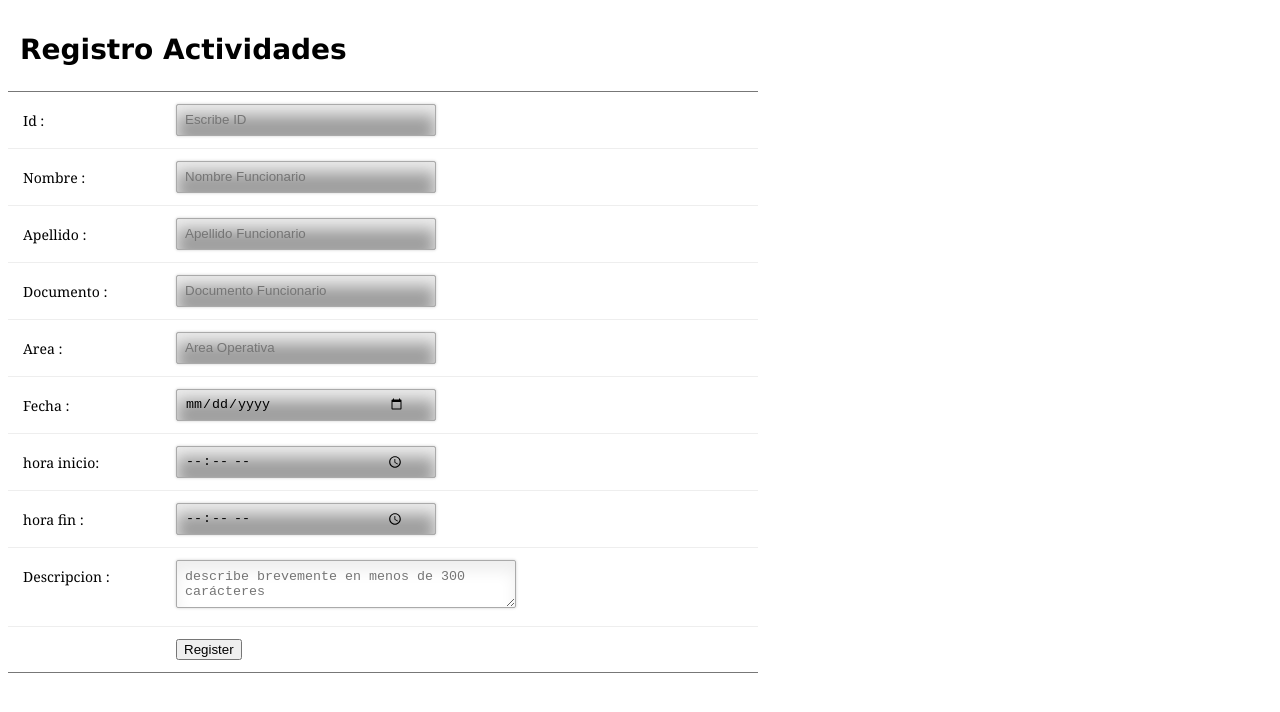
Repository: Yale2024/repo-registro-act
Page: templates/register.html
An editor plug-in stored every save of this project. The page is shown before and after the next save, followed by the edit.
The browser window is 1280 px wide. The pictures show the whole page.
Pictures or frames that could not be fetched are drawn as grey boxes.

Above is the page before, as saved 2024-09-15 07:56:35.

### templates/register.html
<!DOCTYPE html>
<html lang="en">

<head>
    <meta charset="UTF-8">
    <meta name="viewport" content="width=device-width, initial-scale=1.0">
    <link rel="stylesheet" href="static/css/styleRegister.css">
    <script src="static/js/appRegister.js"></script>
    <title>Web App</title>
</head>
<body></body>

    <form class="contact_form" action="/register_user" method="POST">
    <!-- <form method="POST"> -->
        <div>
            <ul>
                <li>
                    <h1>Registro Actividades</h1>
                </li>
                <li>
                    <label for="id">Id :</label>
                    <input type="number"  size="30" name="id" id="Id" placeholder="Escribe ID" required /> <br>
                </li>
                <li>
                    <label for="nombre">Nombre :</label>
                    <input type="text" size="30" name="nombre" id="nombre" placeholder="Nombre Funcionario" required /> <br>
                </li>
                <li>
                    <label for="apellido">Apellido :</label>
                    <input type="text" size="30" name="apellido" id="apellido" placeholder="Apellido Funcionario" required /> <br>
                </li>
                <li>
                    <label for="documento">Documento  :</label>
                    <input type="number" size="30" name="documento" id="documento" placeholder="Documento Funcionario" required /> <br>
                </li>
                <li>
                    <label for="are">Area      :</label>
                    <input type ="text" size="30" name="area" id="area" placeholder="Area Operativa" required /> <br>
                </li>
                <li>
                    <label for="fecha">Fecha     :</label>
                    <input type ="date" size="30" name="fecha" id="fecha" placeholder="AAAA-MM-DD" required /> <br>
                </li>
                <li>
                    <label for="horai">hora inicio:</label>
                    <input type ="time" size="30" name="horai" id="horai" placeholder="hh:mm" required /> <br>
                </li>
                <li>
                    <label for="horaf">hora fin  :</label>
                    <input type ="time" size="30" name="horaf" id="horaf" placeholder="hh:mm" required /> <br>
                </li>
                <li>
                    <label for="mensaje">Descripcion   :</label>
                    <textarea name="descripcion" size="300" for="descripcion" placeholder="describe brevemente en menos de 300 carácteres" maxlength="300"></textarea> <br>
                </li>
                <li>
                    <button>Register</button>
                </li>
            </ul>
        </div>
        <!-- <button onclick="register_user()">Register</button> -->
        <!-- <input type="submit" name="enviar" value="enviar datos"/> -->
    </form>
</body>

### static/css/styleRegister.css
/* form{
    text-align: center;
    font-size: 30px;
}

body{
    background-color: #f7bb6dea;
}

button{
    background-color: black;
    color: white;
    font-size:  20px;
} */
 /* === Remove input autofocus webkit === */
*:focus {
    outline: none;
}

/* === Form Typography === */
body {
    font: 14px/21px "Lucida Sans", "Lucida Grande", "Lucida Sans Unicode", sans-serif;
}

.contact_form h2, .contact_form label {
    font-family: Georgia, Times, "Times New Roman", serif;
}

.form_hint, .required_notification {
    font-size: 11px;
}

/* === List Styles === */
.contact_form ul {
    width: 750px;
    list-style-type: none;
    list-style-position: outside;
    margin: 0px;
    padding: 0px;
}

.contact_form li {
    padding: 12px;
    border-bottom: 1px solid #eee;
    position: relative;
}

    .contact_form li:first-child, .contact_form li:last-child {
        border-bottom: 1px solid #777;
    }

/* === Form Header === */
.contact_form h2 {
    margin: 0;
    display: inline;
}

.required_notification {
    color: #d45252;
    margin: 5px 0 0 0;
    display: inline;
    float: right;
}

/* === Form Elements === */
.contact_form label {
    width: 150px;
    margin-top: 3px;
    display: inline-block;
    float: left;
    padding: 3px;
}

.contact_form input {
    height: 20px;
    width: 220px;
    padding: 5px 8px;
}

.contact_form textarea {
    padding: 8px;
    width: 300px;
}

.contact_form button {
    margin-left: 156px;
}

/* form element visual styles */
.contact_form input, .contact_form textarea {
    border: 1px solid #aaa;
    box-shadow: 0px 0px 3px #ccc, 0 10px 15px #eee inset;
    border-radius: 2px;
    padding-right: 30px;
    -moz-transition: padding .25s;
    -webkit-transition: padding .25s;
    -o-transition: padding .25s;
    transition: padding .25s;
}

    .contact_form input:focus, .contact_form textarea:focus {
        background: #fff;
        border: 1px solid #555;
        box-shadow: 0 0 3px #aaa;
        padding-right: 70px;
    }

    /* === HTML5 validation styles === */
    .contact_form input:required, .contact_form textarea:required {
        background: #fff url(images/red_asterisk.png) no-repeat 98% center;
    }

        .contact_form input:required:valid, .contact_form textarea:required:valid {
            background: #fff url(images/valid.png) no-repeat 98% center;
            box-shadow: 0 0 5px #5cd053;
            border-color: #28921f;
        }

    .contact_form input:focus:invalid, .contact_form textarea:focus:invalid {
        background: #fff url(images/invalid.png) no-repeat 98% center;
        box-shadow: 0 0 5px #d45252;
        border-color: #b03535;
    }

/* === Form hints === */
.form_hint {
    background: #d45252;
    border-radius: 3px 3px 3px 3px;
    color: white;
    margin-left: 8px;
    padding: 1px 6px;
    z-index: 999; /* hints stay above all other elements */
    position: absolute; /* allows proper formatting if hint is two lines */
    display: none;
}

    .form_hint::before {
        content: "\25C0";
        color: #d45252;
        position: absolute;
        top: 1px;
        left: -6px;
    }

.contact_form input:focus + .form_hint {
    display: inline;
}

.contact_form input:required:valid + .form_hint {
    background: #28921f;
}

    .contact_form input:required:valid + .form_hint::before {
        color: #28921f;
    }

/* === Button Style === */
button.submit {
    background-color: #68b12f;
    background: -webkit-gradient(linear, left top, left bottom, from(#68b12f), to(#50911e));
    background: -webkit-linear-gradient(top, #68b12f, #50911e);
    background: -moz-linear-gradient(top, #68b12f, #50911e);
    background: -ms-linear-gradient(top, #68b12f, #50911e);
    background: -o-linear-gradient(top, #68b12f, #50911e);
    background: linear-gradient(top, #68b12f, #50911e);
    border: 1px solid #509111;
    border-bottom: 1px solid #5b992b;
    border-radius: 3px;
    -webkit-border-radius: 3px;
    -moz-border-radius: 3px;
    -ms-border-radius: 3px;
    -o-border-radius: 3px;
    box-shadow: inset 0 1px 0 0 #9fd574;
    -webkit-box-shadow: 0 1px 0 0 #9fd574 inset;
    -moz-box-shadow: 0 1px 0 0 #9fd574 inset;
    -ms-box-shadow: 0 1px 0 0 #9fd574 inset;
    -o-box-shadow: 0 1px 0 0 #9fd574 inset;
    color: white;
    font-weight: bold;
    padding: 6px 20px;
    text-align: center;
    text-shadow: 0 -1px 0 #396715;
}

    button.submit:hover {
        opacity: .85;
        cursor: pointer;
    }

    button.submit:active {
        border: 1px solid #20911e;
        box-shadow: 0 0 10px 5px #356b0b inset;
        -webkit-box-shadow: 0 0 10px 5px #356b0b inset;
        -moz-box-shadow: 0 0 10px 5px #356b0b inset;
        -ms-box-shadow: 0 0 10px 5px #356b0b inset;
        -o-box-shadow: 0 0 10px 5px #356b0b inset;
    }

### static/js/appRegister.js
function register_user() {
    location.href= '/register_user'
}

After the next save:
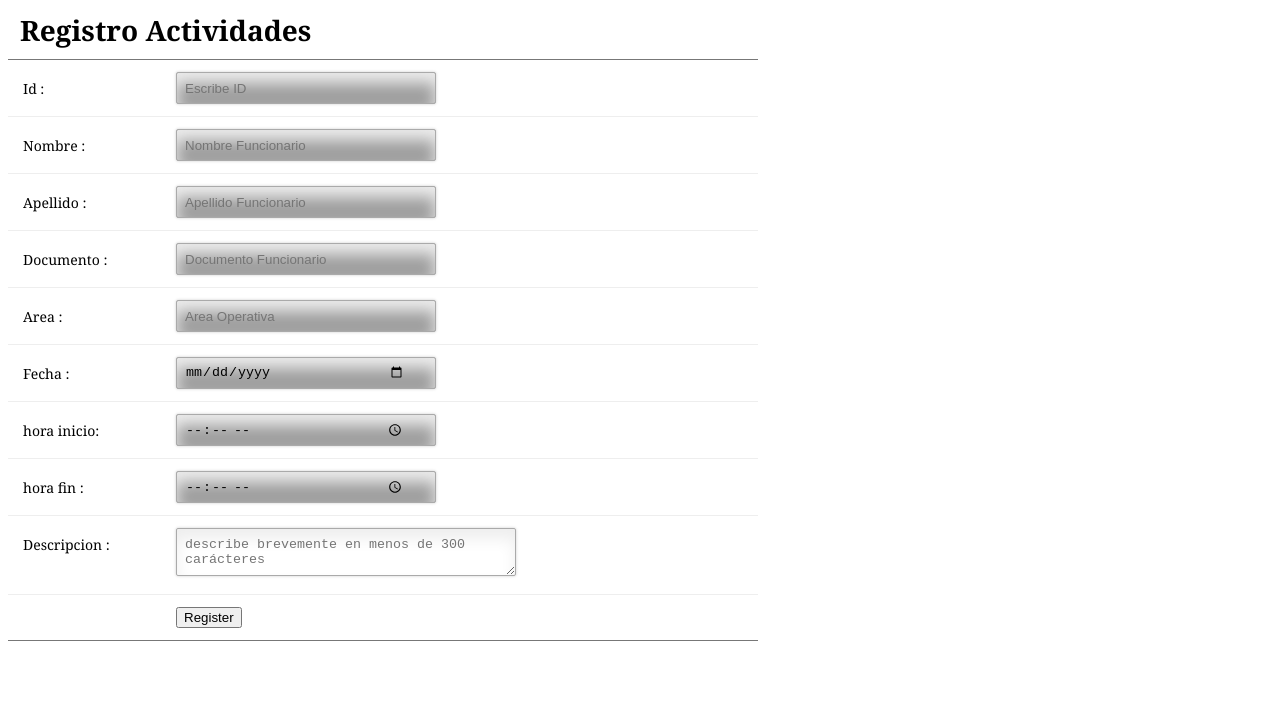
Saved 2 min 28 s later.
--- a/static/css/styleRegister.css
+++ b/static/css/styleRegister.css
@@ -22,7 +22,7 @@ body {
     font: 14px/21px "Lucida Sans", "Lucida Grande", "Lucida Sans Unicode", sans-serif;
 }
 
-.contact_form h2, .contact_form label {
+.contact_form h1, .contact_form label {
     font-family: Georgia, Times, "Times New Roman", serif;
 }
 
@@ -50,7 +50,7 @@ body {
     }
 
 /* === Form Header === */
-.contact_form h2 {
+.contact_form h1 {
     margin: 0;
     display: inline;
 }
@@ -153,45 +153,3 @@ body {
     .contact_form input:required:valid + .form_hint::before {
         color: #28921f;
     }
-
-/* === Button Style === */
-button.submit {
-    background-color: #68b12f;
-    background: -webkit-gradient(linear, left top, left bottom, from(#68b12f), to(#50911e));
-    background: -webkit-linear-gradient(top, #68b12f, #50911e);
-    background: -moz-linear-gradient(top, #68b12f, #50911e);
-    background: -ms-linear-gradient(top, #68b12f, #50911e);
-    background: -o-linear-gradient(top, #68b12f, #50911e);
-    background: linear-gradient(top, #68b12f, #50911e);
-    border: 1px solid #509111;
-    border-bottom: 1px solid #5b992b;
-    border-radius: 3px;
-    -webkit-border-radius: 3px;
-    -moz-border-radius: 3px;
-    -ms-border-radius: 3px;
-    -o-border-radius: 3px;
-    box-shadow: inset 0 1px 0 0 #9fd574;
-    -webkit-box-shadow: 0 1px 0 0 #9fd574 inset;
-    -moz-box-shadow: 0 1px 0 0 #9fd574 inset;
-    -ms-box-shadow: 0 1px 0 0 #9fd574 inset;
-    -o-box-shadow: 0 1px 0 0 #9fd574 inset;
-    color: white;
-    font-weight: bold;
-    padding: 6px 20px;
-    text-align: center;
-    text-shadow: 0 -1px 0 #396715;
-}
-
-    button.submit:hover {
-        opacity: .85;
-        cursor: pointer;
-    }
-
-    button.submit:active {
-        border: 1px solid #20911e;
-        box-shadow: 0 0 10px 5px #356b0b inset;
-        -webkit-box-shadow: 0 0 10px 5px #356b0b inset;
-        -moz-box-shadow: 0 0 10px 5px #356b0b inset;
-        -ms-box-shadow: 0 0 10px 5px #356b0b inset;
-        -o-box-shadow: 0 0 10px 5px #356b0b inset;
-    }
